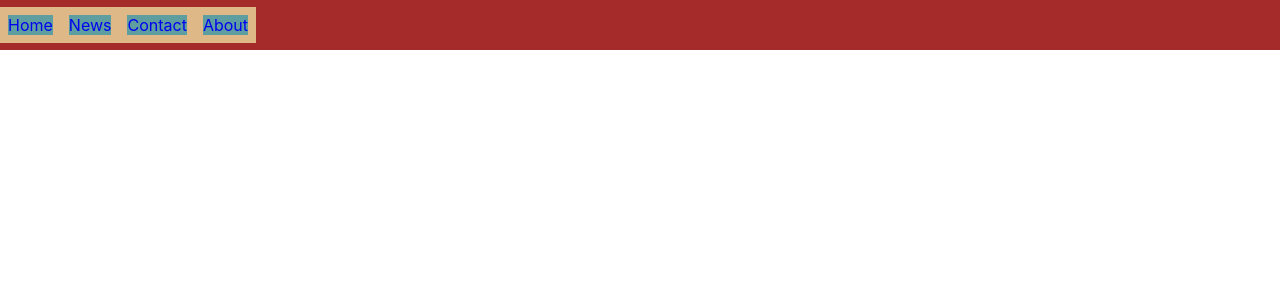
Repository: tusharpasricha/owlsomecoffee
Page: /
These files come from the project's save history. The page is drawn as it stood at one moment and after the next save; the edit follows.
The browser window is 1280 px wide. The pictures show the whole page.
The project was rebuilt for these pictures with package versions that can differ from the ones it lists, and the page was loaded fresh each time.

Above is the page before, as saved 2021-09-27 08:22:37.

After the next save:
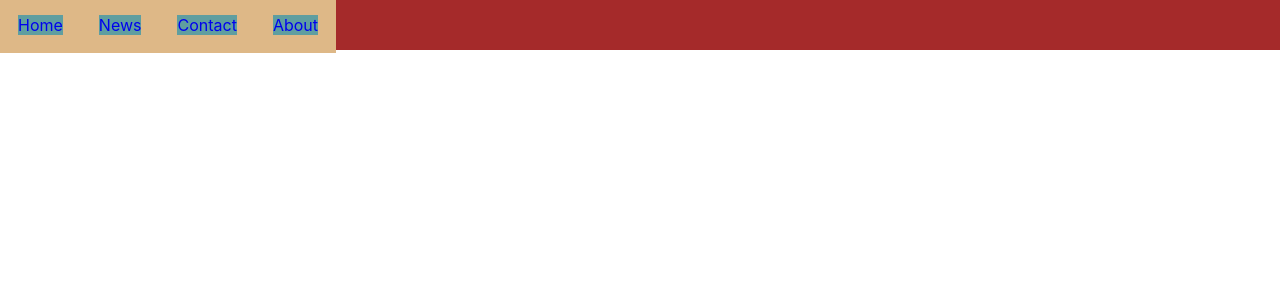
Saved 22 s later.
--- a/src/components/navbar.css
+++ b/src/components/navbar.css
@@ -11,11 +11,10 @@
     list-style-type: none;
     margin: 0;
     padding: 0;
-    align-items: flex-start;
   }
   li{
 
-      padding: 8px;
+      padding: 18px;
 
   }
   a{

After the save that followed:
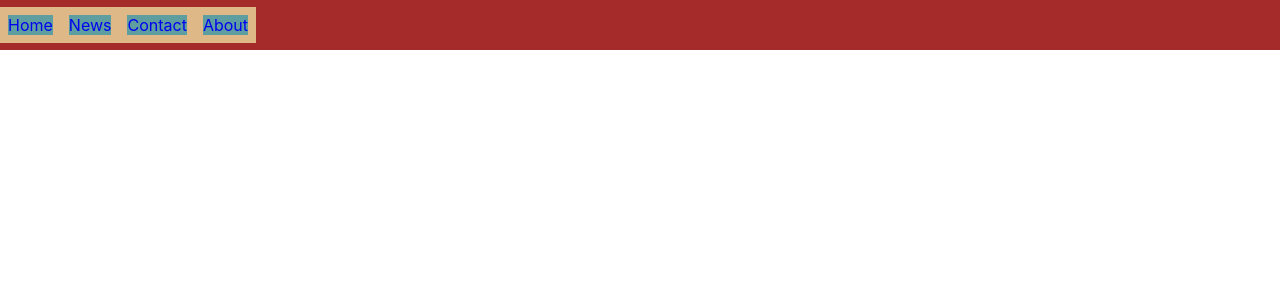
Saved 7 s later.
--- a/src/components/navbar.css
+++ b/src/components/navbar.css
@@ -14,7 +14,7 @@
   }
   li{
 
-      padding: 18px;
+      padding: 8px;
 
   }
   a{
